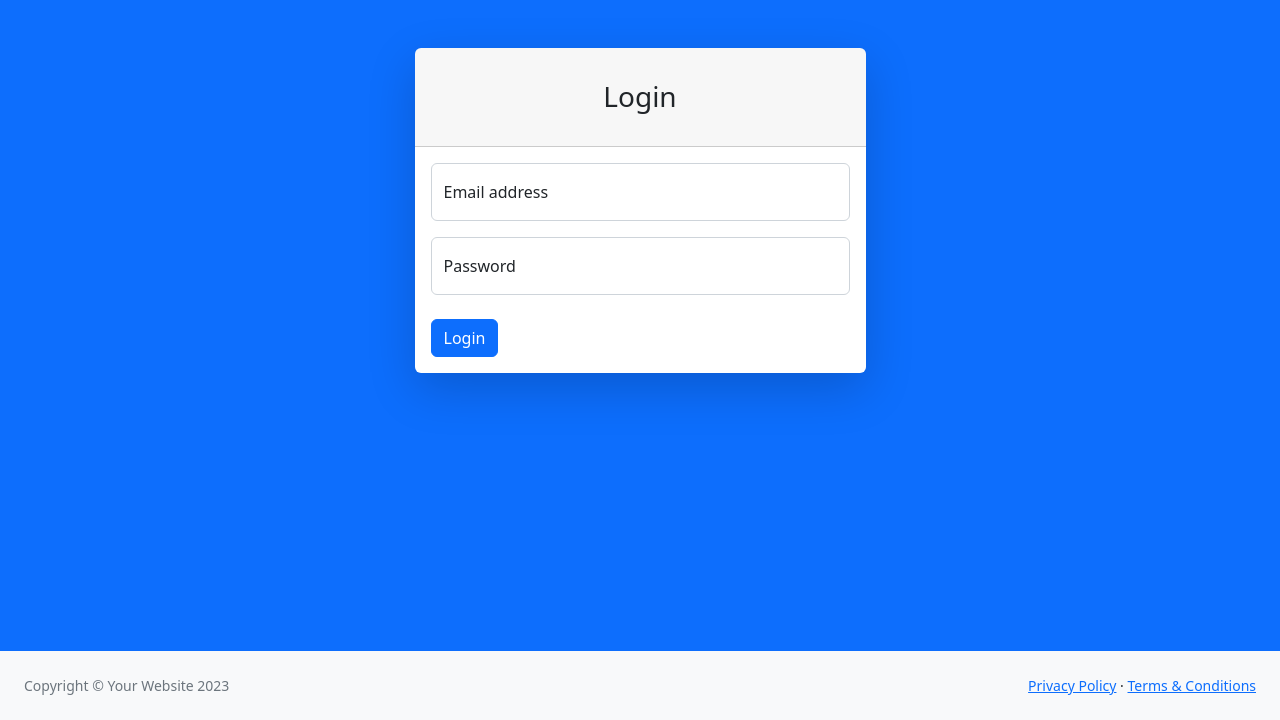
Repository: iqmalr/employee-management-system
Page: http://localhost/admin/login
An editor plug-in stored every save of this project. The page is shown before and after the next save, followed by the edit.
The browser window is 1280 px wide. The pictures show the whole page.
Some web libraries are served in a nearby version. The page is served by the project's Laravel application, run on PHP 8.4 with Laravel 10.

Above is the page before, as saved 2024-02-16 09:34:19.

After the next save:
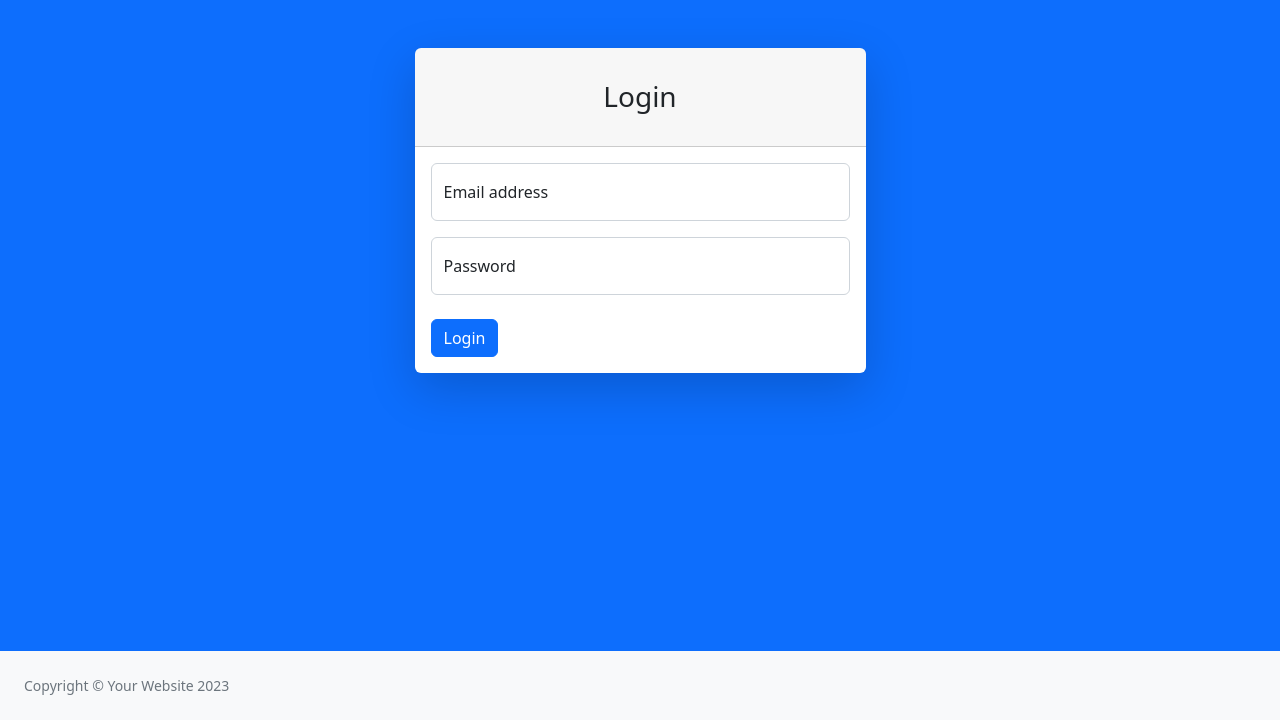
Saved 28 s later.
--- a/resources/views/login.blade.php
+++ b/resources/views/login.blade.php
@@ -54,11 +54,11 @@
                     <div class="container-fluid px-4">
                         <div class="d-flex align-items-center justify-content-between small">
                             <div class="text-muted">Copyright &copy; Your Website 2023</div>
-                            <div>
+                            {{-- <div>
                                 <a href="#">Privacy Policy</a>
                                 &middot;
                                 <a href="#">Terms &amp; Conditions</a>
-                            </div>
+                            </div> --}}
                         </div>
                     </div>
                 </footer>
